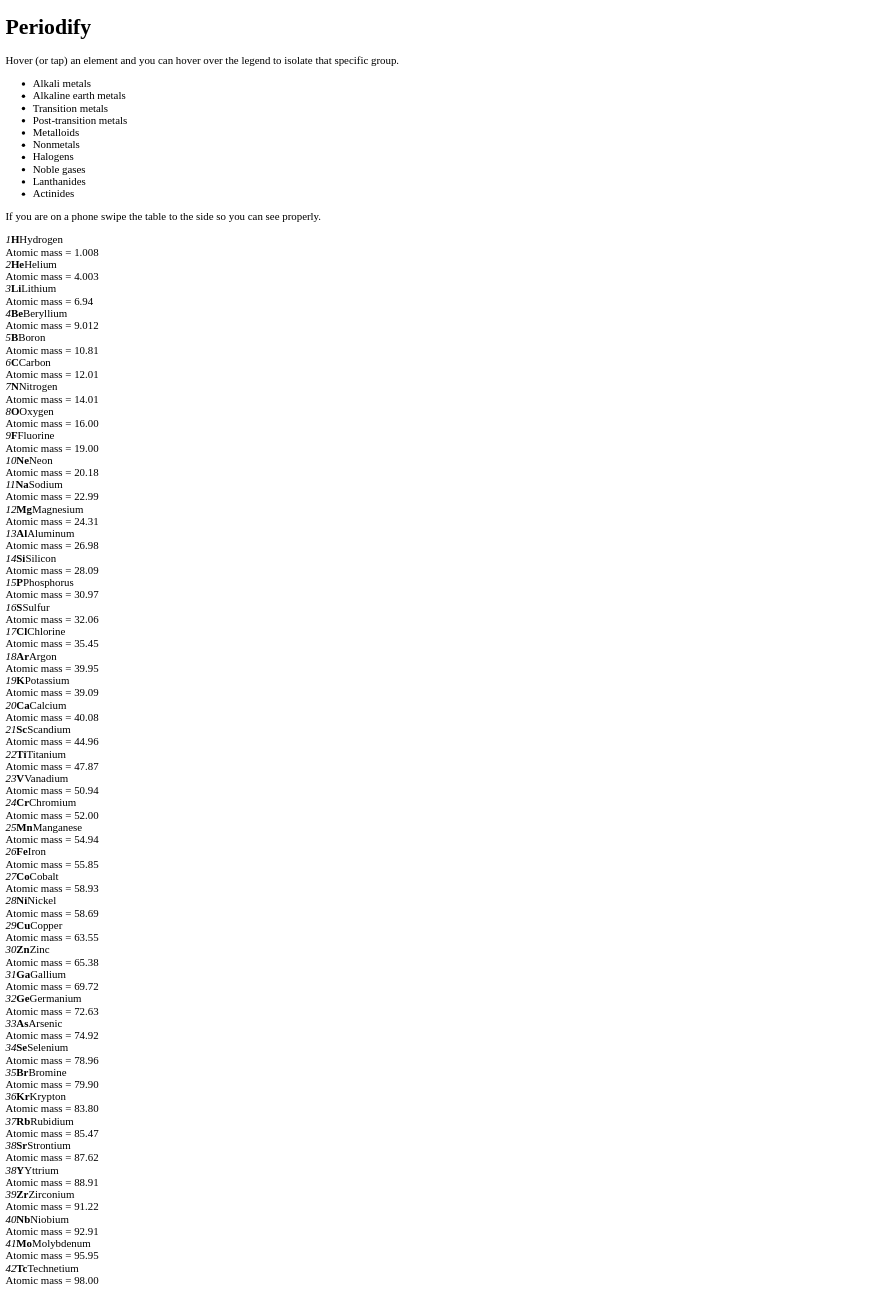
Repository: manayparikh1/Periodify
Page: index.html
The author's editor kept a copy of each file at every save. The page is drawn from the files as they stood at one save, then again after the next save.
The browser window is 1280 px wide. The pictures show the whole page, at 68% of full size.

Above is the page before, as saved 2026-10-15 15:20:21.

After the next save:
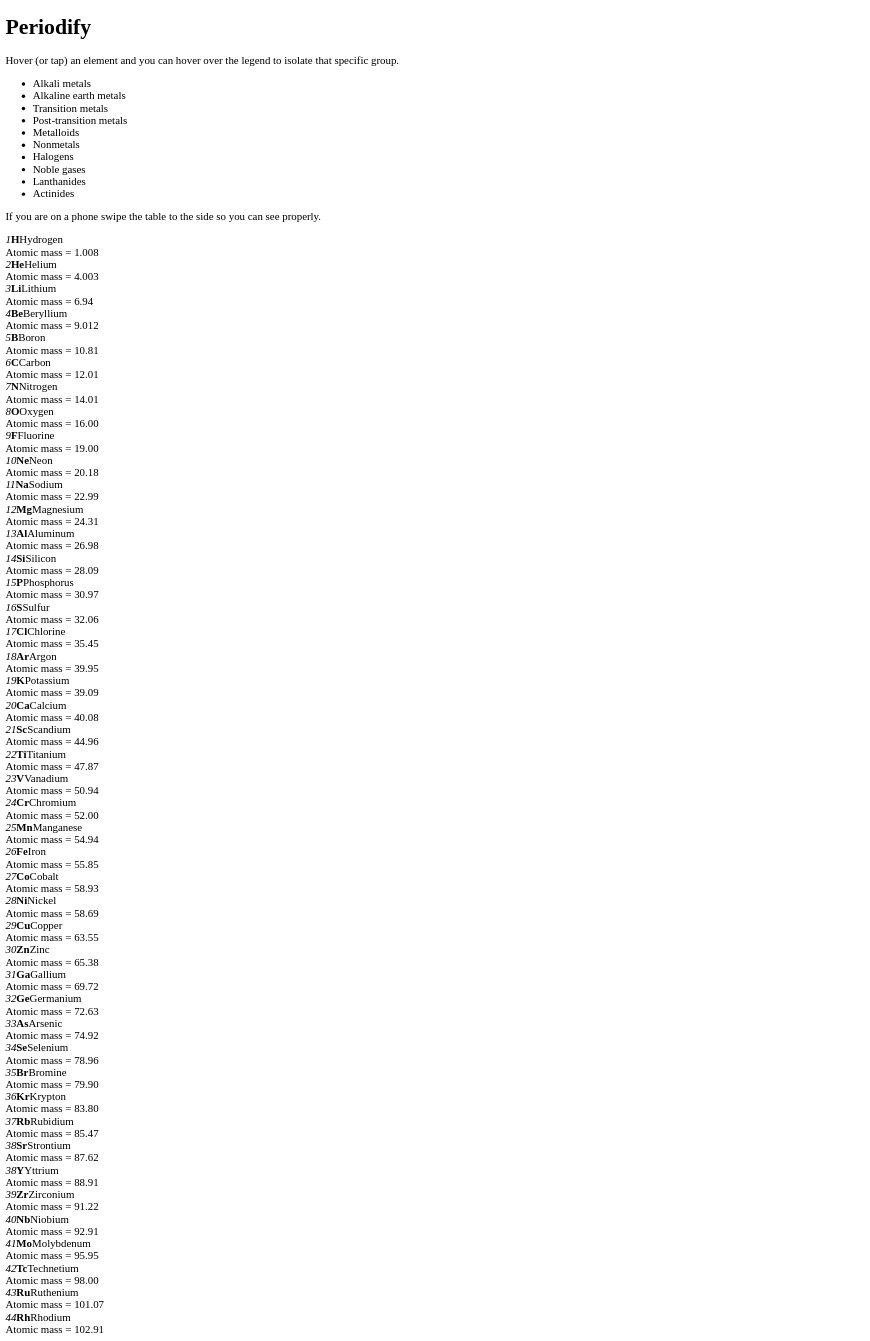
Saved 24 h 0 min later.
--- a/index.html
+++ b/index.html
@@ -82,6 +82,8 @@
             <div class="el tm" tabindex="0"><i>40</i><b>Nb</b><span>Niobium<br>Atomic mass = 92.91</span></div>
             <div class="el tm" tabindex="0"><i>41</i><b>Mo</b><span>Molybdenum<br>Atomic mass = 95.95</span></div>
             <div class="el tm" tabindex="0"><i>42</i><b>Tc</b><span>Technetium<br>Atomic mass = 98.00</span></div>
-            <div class="el tm" </div>
-            </div>
+            <div class="el tm" tabindex="0"><i>43</i><b>Ru</b><span>Ruthenium<br>Atomic mass = 101.07</span></div>
+            <div class="el tm" tabindex="0"><i>44</i><b>Rh</b><span>Rhodium<br>Atomic mass = 102.91</span></div>
+
+        </div>
 </body>
